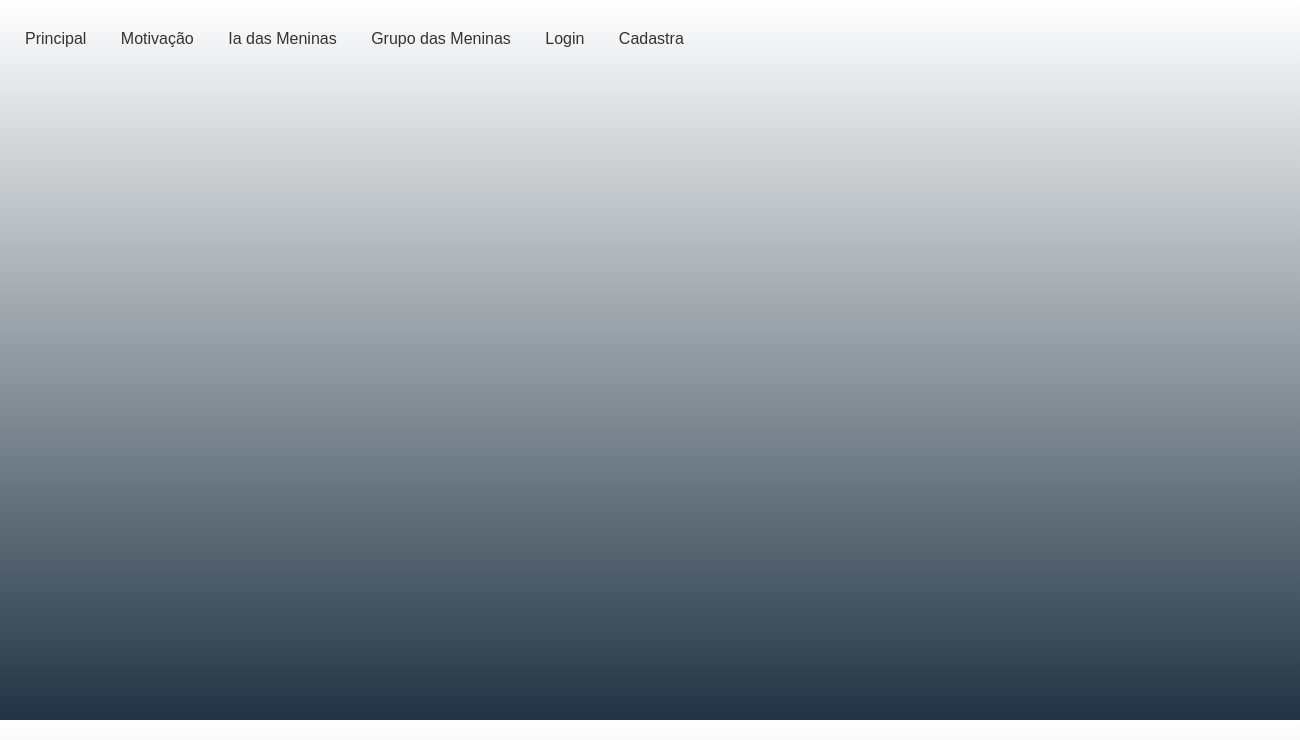
Repository: joaobatistafrontend/pref
Page: http://localhost/
An editor plug-in stored every save of this project. The page is shown before and after the next save, followed by the edit.
The browser window is 1280 px wide. The page is 1300 px wide, then 1280 px, so the pictures cover 1300 px, including what lies to the right of the window. The pictures show the whole page.
The page is served by the project's application, run on Django 4.2 (manage.py).

Above is the page before, as saved 2024-07-26 14:47:00.

After the next save:
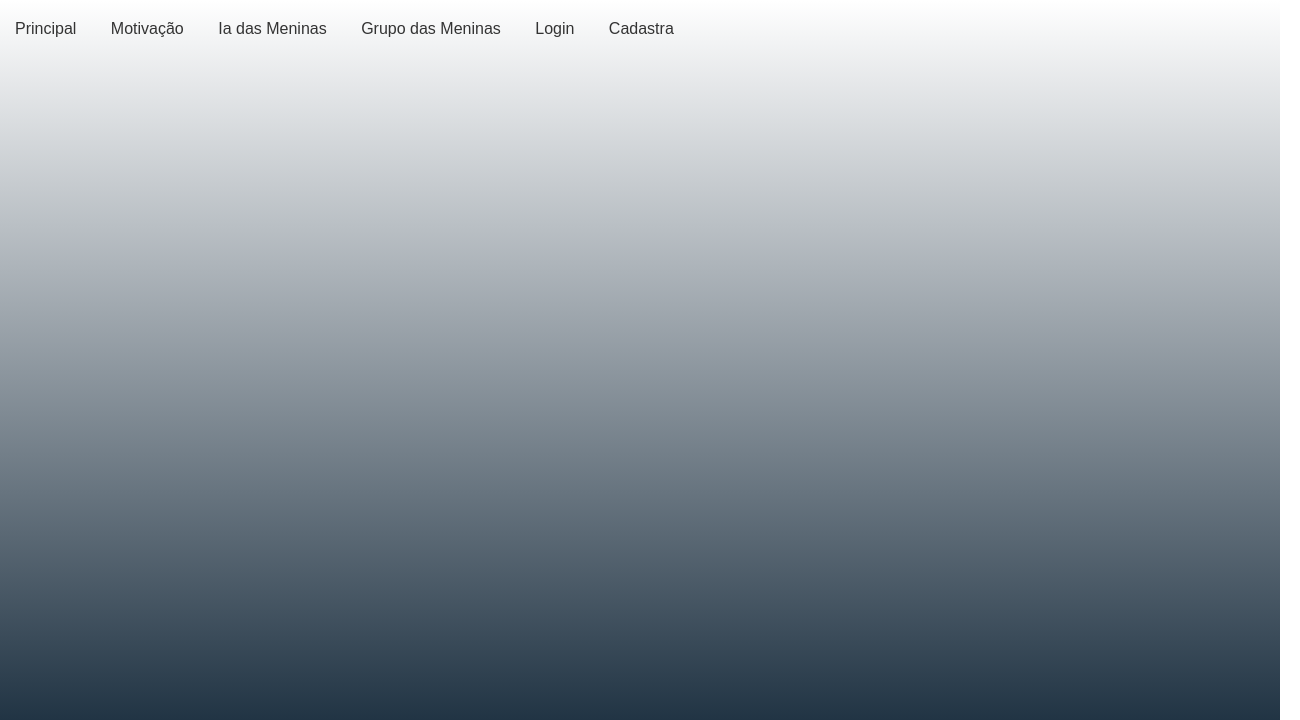
Saved 8 s later.
--- a/static/css/index.css
+++ b/static/css/index.css
@@ -7,14 +7,6 @@
     height: 100vh;
     background: linear-gradient(transparent, #213444);
 
-}
-.hero{
-    width: 100%;
-    min-height: 100vh;
-    /* background: linear-gradient(#720872, #470763); */
-
-    padding: 10px 10px;
-    overflow: hidden;
 }
 .nav{
     display: flex;
